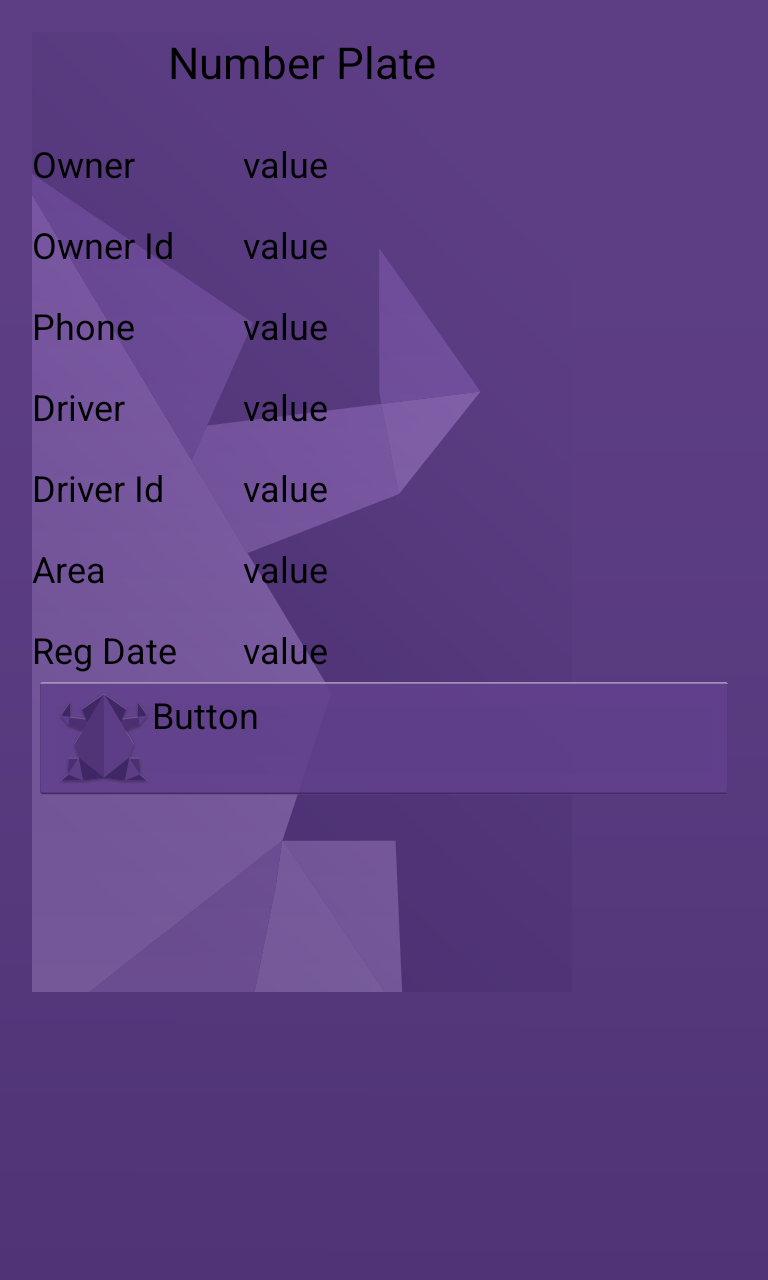
Repository: walteranyika/personal
Layout: PikiPiki/res/layout/activity_details.xml
An editor plug-in stored every save of this project. The layout is shown before and after the next save, followed by the edit.
It is drawn on a 768 x 1280 px phone screen (xhdpi) without system bars, with theme AppTheme; the app's code is not run.

Above is the layout before, as saved 2015-11-06 11:59:15.

After the next save:
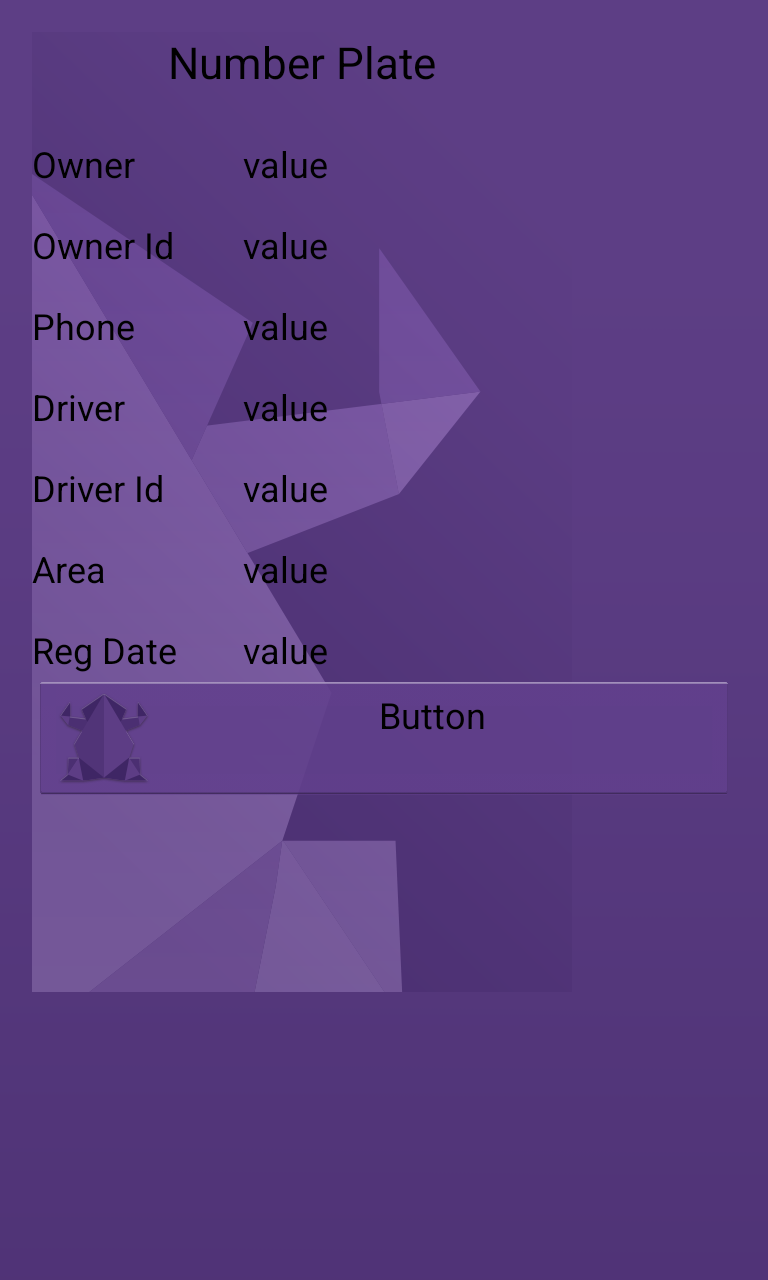
Saved 70 s later.
--- a/PikiPiki/res/layout/activity_details.xml
+++ b/PikiPiki/res/layout/activity_details.xml
@@ -208,6 +208,7 @@
         android:layout_below="@+id/LinearLayout06"
         android:text="Button"
         android:drawableLeft="@drawable/ic_launcher"
-        android:gravity="left"/>
+
+        android:gravity="center_horizontal"/>
 
 </RelativeLayout>

After the save that followed:
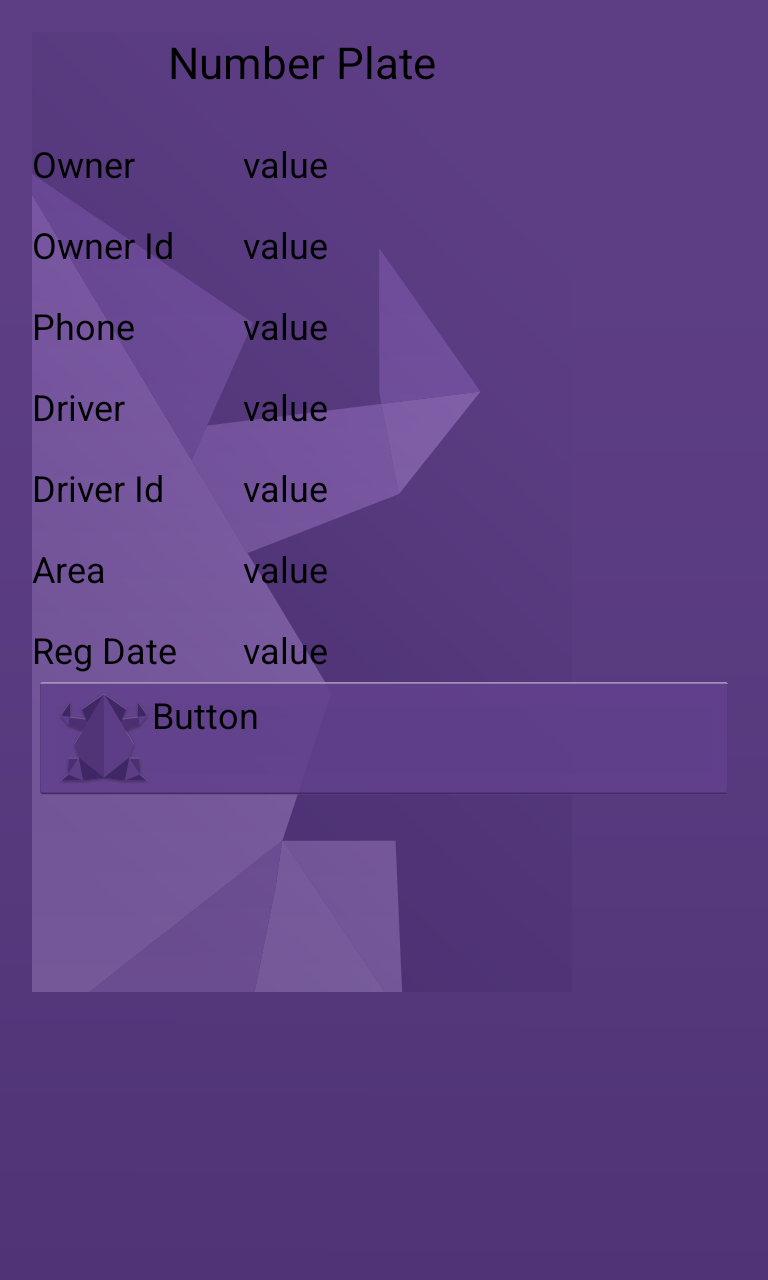
Saved 16 s later.
--- a/PikiPiki/res/layout/activity_details.xml
+++ b/PikiPiki/res/layout/activity_details.xml
@@ -209,6 +209,6 @@
         android:text="Button"
         android:drawableLeft="@drawable/ic_launcher"
 
-        android:gravity="center_horizontal"/>
+        android:gravity="left"/>
 
 </RelativeLayout>
